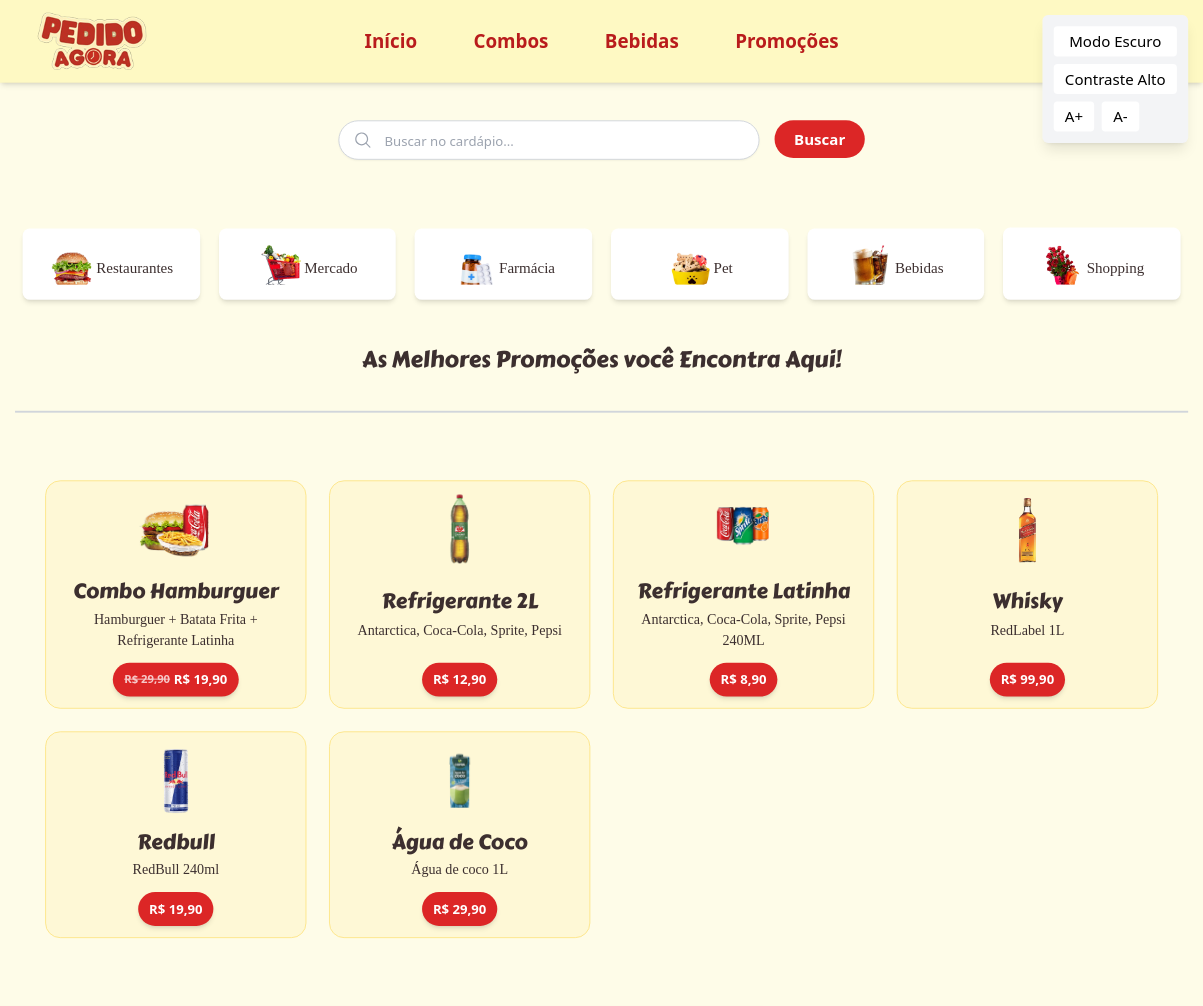
Repository: edufilhocruz/pedidoagora
Page: /pagePromocoes
An editor plug-in stored every save of this project. The page is shown before and after the next save, followed by the edit.
The browser window is 1280 px wide. The pictures show the whole page, at 94% of full size.
Some web fonts or font styles are not loaded; a fallback is used. The project was rebuilt for these pictures with package versions that can differ from the ones it lists, and the page was loaded fresh each time. The framework's server and built-in components were replaced by stand-ins that run in the browser. Also part of the build but not shown: next.config.mjs, src/components/CardsRestaurantes.jsx.

Above is the page before, as saved 2025-06-21 20:52:58.

After the next save:
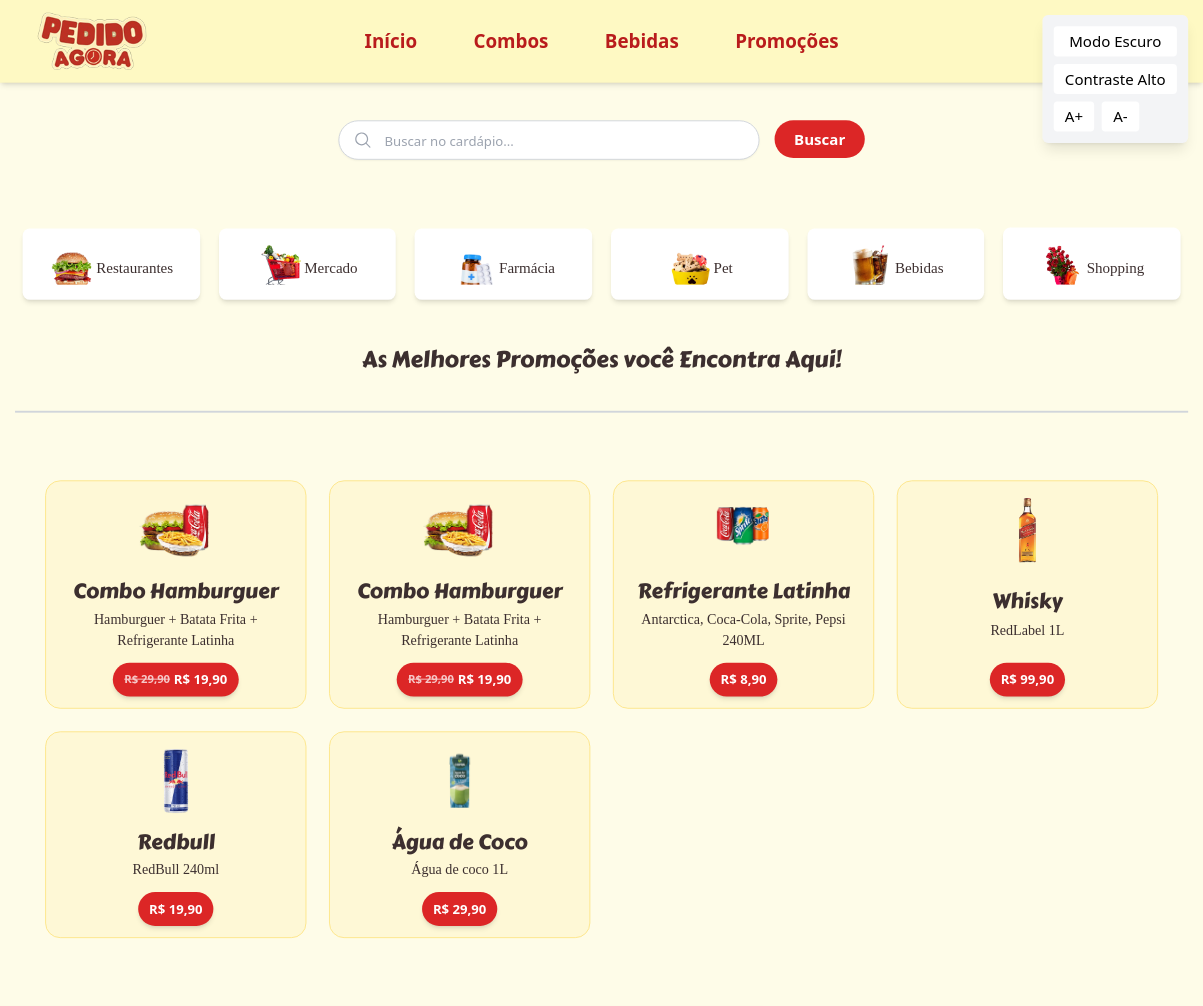
Saved 14 s later.
--- a/src/components/PagePromocoes/CardsPromocoes.jsx
+++ b/src/components/PagePromocoes/CardsPromocoes.jsx
@@ -13,11 +13,12 @@
         image: "/images/combo-hamburger.png"
     },
     {
-        id:'Refrigerante',
-        name: 'Refrigerante 2L',
-        description: 'Antarctica, Coca-Cola, Sprite, Pepsi',
-        price: 'R$ 12,90',
-        image: '/images/Refrigerante.png',
+        id: "customize-cheeseburger",
+        name: "Combo Hamburguer",
+        description: "Hamburguer + Batata Frita + Refrigerante Latinha",
+        originalPrice: "R$ 29,90",
+        discountPrice: "R$ 19,90",
+        image: "/images/combo-hamburger.png"
     },
     {
         id:'RefrigeranteLata',
